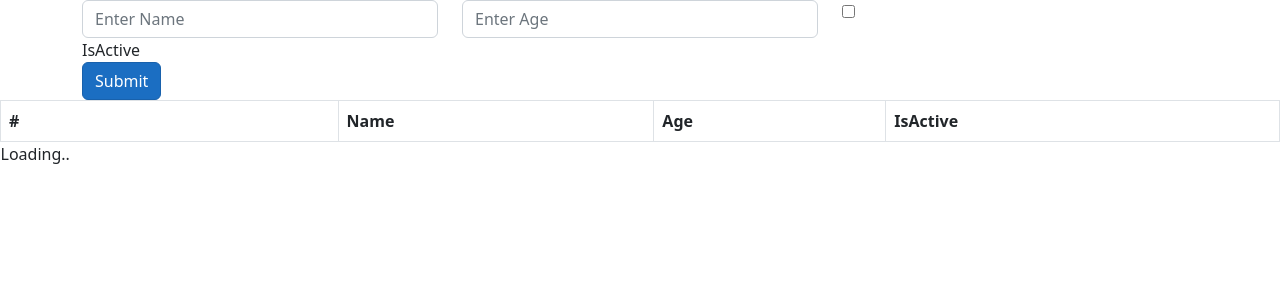
Repository: huiyyee/sample-crud
Page: / (app in sample-crud/ClientApp/)
These files come from the project's save history. The page is drawn as it stood at one moment and after a run of saves; the edit follows.
The browser window is 1280 px wide. The pictures show the whole page.
The page's requests for data from a server got no answer. The project was rebuilt for these pictures with package versions that can differ from the ones it lists, and the page was loaded fresh each time. No one was signed in, and anything a server would have sent is missing.

Above is the page before, as saved 2024-09-06 15:26:42.

After the next 2 saves:
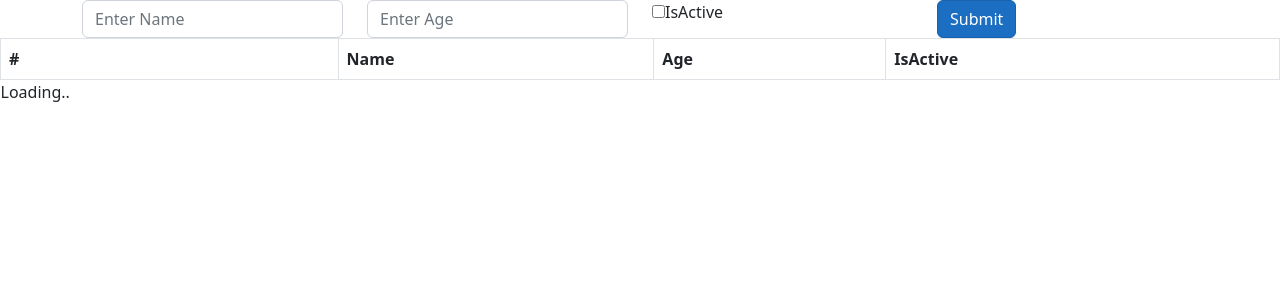
The 2 saves are shown as one change because they came seconds apart.
The last was saved 7 s later.
--- a/sample-crud/ClientApp/src/CRUD.js
+++ b/sample-crud/ClientApp/src/CRUD.js
@@ -82,8 +82,8 @@ const CRUD = () => {
 						<input type="checkbox"
 						checked={isActive==1? true:false}
 						onChange={(e)=> setIsActive(e)} value={isActive}/>
+					<label>IsActive</label>
 					</Col>
-					<label>IsActive</label>
 					<Col>
 						<button className="btn btn-primary">Submit</button>
 					</Col>
